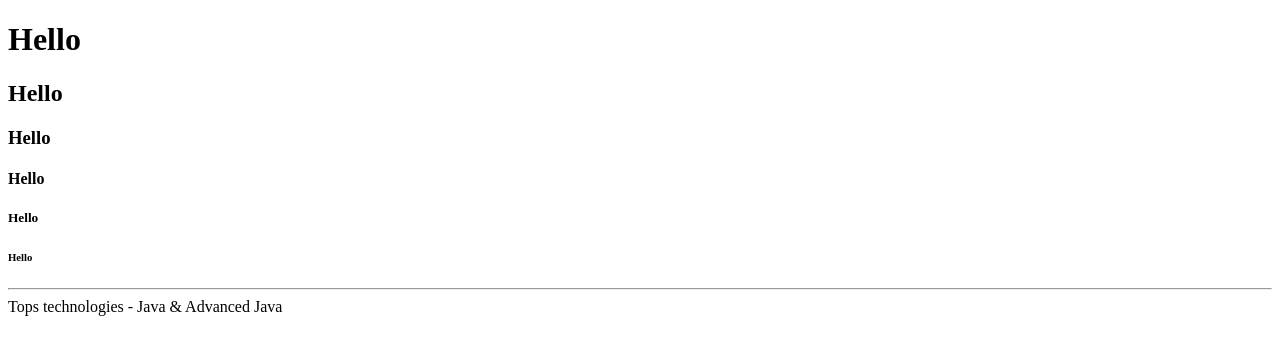
Repository: Chintan-elite/Java_Shail
Page: Learning_web/src/main/webapp/index.html
These files come from the project's save history. The page is drawn as it stood at one moment and after the next save; the edit follows.
The browser window is 1280 px wide. The pictures show the whole page.

Above is the page before, as saved 2023-09-08 11:57:21.

After the next save:
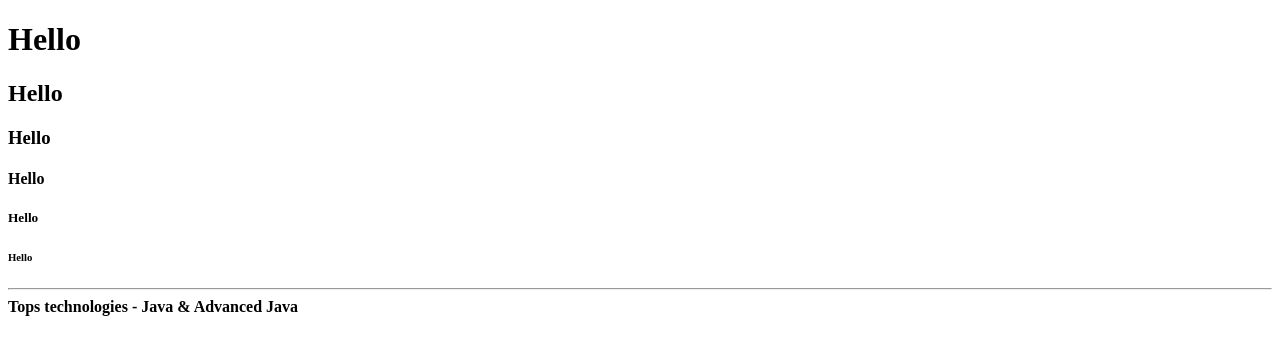
Saved 19 s later.
--- a/Learning_web/src/main/webapp/index.html
+++ b/Learning_web/src/main/webapp/index.html
@@ -15,7 +15,7 @@
 
 	<hr>
 
-	Tops technologies - Java & Advanced Java
+	<strong> Tops technologies - Java & Advanced Java</strong>
 
 
 
